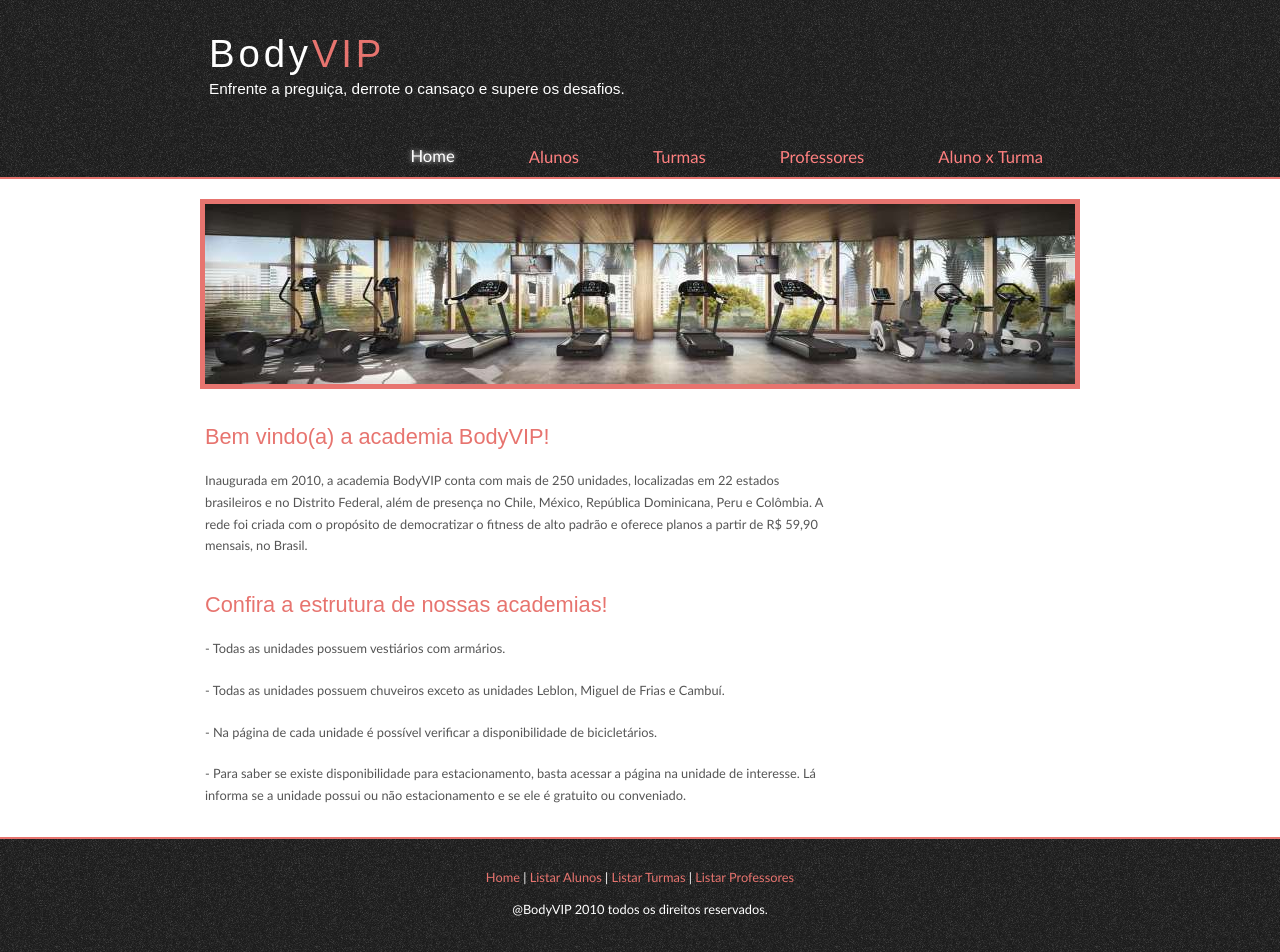
Repository: Thais-Ferreira/Projeto_bodyVIP
Page: http://localhost/BodyVIP/home.jsp
The author's editor kept a copy of each file at every save. The page is drawn from the files as they stood at one save, then again after the next save.
The browser window is 1280 px wide. The pictures show the whole page.
The page is served by Tomcat 9. Other server files are loaded and not shown.

Above is the page before, as saved 2017-06-22 01:17:40.

### BodyVIP/WebContent/home.jsp
<%@ page language="java" contentType="text/html; charset=ISO-8859-1"
    pageEncoding="ISO-8859-1"%>
<!DOCTYPE html PUBLIC "-//W3C//DTD HTML 4.01 Transitional//EN" "http://www.w3.org/TR/html4/loose.dtd">
<html>
<head>
	<meta http-equiv="Content-Type" content="text/html; charset=ISO-8859-1">
	<link rel="stylesheet" type="text/css" href="css/style.css" />
	<title>Home</title>
</head>
<body>
	<div id="main">
    <div id="header">
      <div id="logo">
        <div id="logo_text">
          <h1><a href="home.jsp">Body<span class="logo_colour">VIP</span></a></h1>
          <h2>Enfrente a preguiça, derrote o cansaço e supere os desafios.</h2>
        </div>
      </div>
      <div id="menubar">
        <ul class="menu">
          <li class="selected"><a href="home.jsp">Home</a></li>
          <li><a href="#">Alunos</a>
          	<ul>
          		<li><a href="AlunoController?acao=cadastro">Cadastrar</a>
          		<li><a href="AlunoController?acao=buscaLista">Listar</a></li>
          	</ul>
          </li>
          <li><a href="#">Turmas</a>
          	<ul>
          		<li><a href="TurmaController?acao=cadastro">Cadastrar</a></li>
          		<li><a href="TurmaController?acao=buscaLista">Listar</a></li>
          	</ul>
          </li>
          <li><a href="#">Professores</a>
          	<ul>
          		<li><a href="ProfessorController?acao=cadastro">Cadastrar</a></li>
          		<li><a href="ProfessorController?acao=buscaLista">Listar</a></li>
          	</ul>
          </li>
          <li><a href="#">Aluno x Turma</a>
          	<ul>
          		<li><a href="AlunoTurmaController?acao=cadastro">Cadastrar</a></li>
          		<li><a href="AlunoTurmaController?acao=buscaLista">Listar</a></li>
          	</ul>
        </ul>
      </div>
    </div>
    <div id="content_header"></div>
    <div id="site_content">
      <div id="banner"></div>

      <div id="content">
        <h1>Bem vindo(a) a academia BodyVIP!</h1>
        <p>Inaugurada em 2010, a academia BodyVIP conta com mais de 250 unidades, localizadas em 22 estados brasileiros
        e no Distrito Federal, além de presença no Chile, México, República Dominicana, Peru e Colômbia.
        A rede foi criada com o propósito de democratizar o fitness de alto padrão e oferece planos
        a partir de R$ 59,90 mensais, no Brasil.
		</p>
        <h1>Confira a estrutura de nossas academias!</h1>
        <p>- Todas as unidades possuem vestiários com armários.</p>
        <p>- Todas as unidades possuem chuveiros exceto as unidades Leblon, Miguel de Frias e Cambuí.</p>
        <p>- Na página de cada unidade é possível verificar a disponibilidade de bicicletários. </p>
        <p>- Para saber se existe disponibilidade para estacionamento, basta acessar a página na unidade de
        interesse. Lá informa se a unidade possui ou não estacionamento e se ele é gratuito ou conveniado. </p>
      </div>
    </div>
    <div id="content_footer"></div>
    <div id="footer">
      <p><a href="home.jsp">Home</a> | <a href="AlunoController?acao=buscaLista">Listar Alunos</a> | <a href="TurmaController?acao=buscaLista">Listar Turmas</a> | <a href="ProfessorController?acao=buscaLista">Listar Professores</a></p>
      <p>@BodyVIP 2010 todos os direitos reservados.</p>
    </div>
  </div>
</body>
</html>

### BodyVIP/WebContent/css/style.css
@CHARSET "ISO-8859-1";

html
{ height: 100%;}

*
{ margin: 0;
  padding: 0;}

body
{ font: normal .80em 'trebuchet ms', arial, sans-serif;
  background: #FFF;
  color: #555;}

p
{ padding: 0 0 20px 0;
  line-height: 1.7em;}

img
{ border: 0;}

h1, h2, h3, h4, h5, h6
{ color: #E7746F;
  letter-spacing: 0em;
  padding: 0 0 5px 0;}

h1, h2, h3
{ font: normal 170% 'century gothic', arial;
  margin: 0 0 15px 0;
  padding: 15px 0 5px 0;}

h2
{ font-size: 160%;
  padding: 9px 0 5px 0;}

h3
{ font-size: 140%;
  padding: 5px 0 0 0;}

h4, h6
{ color: #009FBC;
  padding: 0 0 5px 0;
  font: normal 110% arial;
  text-transform: uppercase;}

h5, h6
{ color: #888;
  font: normal 95% arial;
  letter-spacing: normal;
  padding: 0 0 15px 0;}

a, a:hover
{ outline: none;
  text-decoration: underline;
  color: #009FBC;}

a:hover
{ text-decoration: none;}

blockquote
{ margin: 20px 0;
  padding: 10px 20px 0 20px;
  border: 1px solid #E5E5DB;
  background: #FFF;}

ul
{ margin: 2px 0 22px 17px;}

ul li
{ list-style-type: circle;
  margin: 0 0 6px 0;
  padding: 0 0 4px 5px;
  line-height: 1.5em;}

ol
{ margin: 8px 0 22px 20px;}

ol li
{ margin: 0 0 11px 0;}

.left
{ float: left;
  width: auto;
  margin-right: 10px;}

.right
{ float: right;
  width: auto;
  margin-left: 10px;}

.center
{ display: block;
  text-align: center;
  margin: 20px auto;}

#main, #logo, #menubar, #site_content, #footer
{ margin-left: auto;
  margin-right: auto;}

#header
{ background: #1d1d1d url(../imagens/pattern.png) repeat;
  border-bottom: 2px solid #E7746F;
  height: 177px;}

#banner
{ background: transparent url(../imagens/banner.jpg) no-repeat;
  width: 870px;
  height: 180px;
  margin-bottom: 20px;
  border: 5px solid #E7746F;}

#logo
{ width: 880px;
  position: relative;
  height: 140px;
  background: transparent;}

#logo #logo_text
{ position: absolute;
  top: 10px;
  left: 0;}

#logo h1, #logo h2
{ font: normal 300% 'century gothic', arial, sans-serif;
  border-bottom: 0;
  text-transform: none;
  margin: 0 0 0 9px;}

#logo_text h1, #logo_text h1 a, #logo_text h1 a:hover
{ padding: 22px 0 0 0;
  color: #FFF;
  letter-spacing: 0.1em;
  text-decoration: none;}

#logo_text h1 a .logo_colour
{ color: #E7746F;}

#logo_text a:hover .logo_colour
{ color: #FFF;}

#logo_text h2
{ font-size: 120%;
  padding: 4px 0 0 0;
  color: #FFF;}

#menubar
{ width: 880px;
  height: 46px; }

ul#menu
{ list-style:none;
  float: right;
  margin: 0;}

ul#menu li
{ float: left;
  padding: 0 0 0 9px;
  position: absolute;
  list-style: none;
  margin: 1px 2px 0 0;
  background: transparent;
  display: none; }

ul#menu li a
{ font: normal 100% 'trebuchet ms', sans-serif;
  display: block;
  float: left;
  height: 20px;
  padding: 6px 35px 5px 28px;
  text-align: center;
  color: #FFF;
  text-decoration: none;
  background: transparent;}

ul#menu li.selected a
{ height: 20px;
  padding: 6px 35px 5px 28px;}

ul#menu li.selected
{ margin: 1px 2px 0 0;
  background: #E7746F;}

ul#menu li.selected a, ul#menu li.selected a:hover
{ background: #E7746F;
  color: #FFF;}

ul#menu li a:hover
{ color: #FFF;
  display: block;
  background: #E7746F;}

#site_content
{ width: 880px;
  overflow: hidden;
  margin: 20px auto 0 auto;
  padding: 0 0 10px 0;}

#sidebar_container
{ float: right;
  width: 224px;}

.sidebar_top
{ width: 222px;
  height: 14px;
  background: transparent url(../imagens/side_top.png) no-repeat;}

.sidebar_base
{ width: 222px;
  height: 14px;
  background: url(../imagens/side_base.png) no-repeat;}

.sidebar
{ float: right;
  width: 222px;
  padding: 0;
  margin: 0 0 16px 0;}

.sidebar_item
{ background: url(../imagens/side_back.png) repeat-y;
  padding: 0 15px;
  width: 192px;}

.sidebar li a.selected
{ color: #444;}

.sidebar ul
{ margin: 0;}

#content
{ text-align: left;
  width: 620px;
  padding: 0 0 0 5px;
  float: left;}

#content ul
{ margin: 2px 0 22px 0px;}

#content ul li, .sidebar ul li
{ list-style-type: none;
  background: url(../imagens/bullet.png) no-repeat;
  margin: 0 0 0 0;
  padding: 0 0 4px 25px;
  line-height: 1.5em;}

#footer
{ width: 100%;
  font-family: 'trebuchet ms', sans-serif;
  font-size: 100%;
  height: 80px;
  padding: 28px 0 5px 0;
  text-align: center;
  background: transparent url(../imagens/pattern.png) repeat;
  border-top: 2px solid #E7746F;
  color: #FFF;}

#footer p
{ line-height: 1.7em;
  padding: 0 0 10px 0;}

#footer a
{ color: #E7746F;
  text-decoration: none;}

#footer a:hover
{ color: #FFF;
  text-decoration: none;}

.search
{ color: #5D5D5D;
  border: 1px solid #BBB;
  width: 134px;
  padding: 4px;
  font: 100% arial, sans-serif;}

.form_settings
{ margin: 15px 0 0 0;}

.form_settings p
{ padding: 0 0 4px 0;}

.form_settings span
{ float: left;
  width: 200px;
  text-align: left;}

.form_settings input, .form_settings textarea
{ padding: 5px;
  width: 299px;
  font: 100% arial;
  border: 1px solid #E5E5DB;
  background: #FFF;
  color: #47433F;}

.form_settings .submit
{ font: 100% arial;
  border: 0;
  width: 99px;
  margin: 0 0 0 212px;
  height: 33px;
  padding: 2px 0 3px 0;
  cursor: pointer;
  background: #E7746F;
  color: #FFF;}

.form_settings textarea, .form_settings select
{ font: 100% arial;
  width: 299px;}

.form_settings select
{ width: 310px;}

.form_settings .checkbox
{ margin: 4px 0;
  padding: 0;
  width: 14px;
  border: 0;
  background: none;}

.separator
{ width: 100%;
  height: 0;
  border-top: 1px solid #D9D5CF;
  border-bottom: 1px solid #FFF;
  margin: 0 0 20px 0;}

table
{ margin: 0 0 30px 0;}

table tr th, table tr td
{ background: #E5E5DB;
  color: #47433F;
  padding: 7px 4px;
  text-align: center;}

table tr td
{ background: #E5E5DB;
  color: #47433F;
  border-top: 1px solid #FFF;}

.menu{
	list-style:none;
	float: right;
	margin: 0;
}

.menu li{
	position:relative;
	padding: 0 0 0 9px;
	float:left;
	list-style: none;
	margin: 1px 2px 0 0;

}

.menu li a{
	font: normal 130% 'trebuchet ms', sans-serif;
	display:block;
	float: left;
  	height: 20px;
  	padding: 6px 35px 5px 28px;
  	text-align: center;
	color: #ff8080;
	text-decoration:none;
	background: transparent;

}

.menu li a:hover{

	color:#fff;
	-moz-box-shadow:0 3px 10px 0 #CCC;
	-webkit-box-shadow:7px 3px 10px 0 #ccc;
	text-shadow:0px 0px 5px #fff;
}

.menu li  ul{
	position:absolute;
	top:25px;
	left:0;
	background-color:#333;
	display:none;
}

.menu li:hover ul, .menu li.over ul{display:block;}

.menu li ul li{
	border:1px solid #c0c0c0;
	display:block;
	width:150px;
}

.menu li.selected a
{ height: 20px;
  padding: 6px 35px 5px 28px;
  color: #FFF; }

.menu li.selected
{ margin: 0px 2px 0 0;
  text-shadow:0px 0px 5px #fff;}

After the next save:
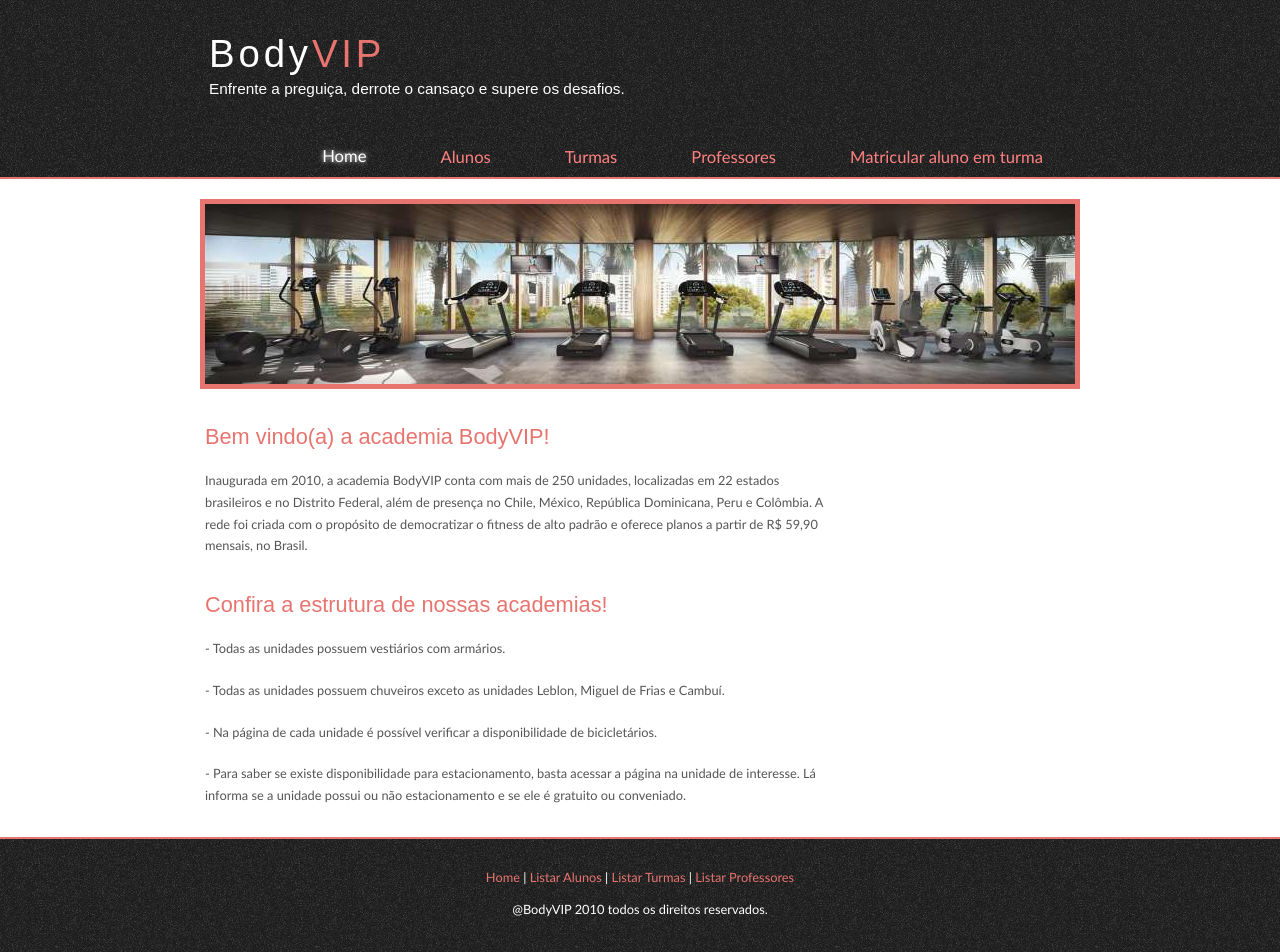
Saved 40 s later.
--- a/BodyVIP/WebContent/home.jsp
+++ b/BodyVIP/WebContent/home.jsp
@@ -37,9 +37,9 @@
           		<li><a href="ProfessorController?acao=buscaLista">Listar</a></li>
           	</ul>
           </li>
-          <li><a href="#">Aluno x Turma</a>
+          <li><a href="#">Matricular aluno em turma</a>
           	<ul>
-          		<li><a href="AlunoTurmaController?acao=cadastro">Cadastrar</a></li>
+          		<li><a href="AlunoTurmaController?acao=cadastro">Matricular</a></li>
           		<li><a href="AlunoTurmaController?acao=buscaLista">Listar</a></li>
           	</ul>
         </ul>
